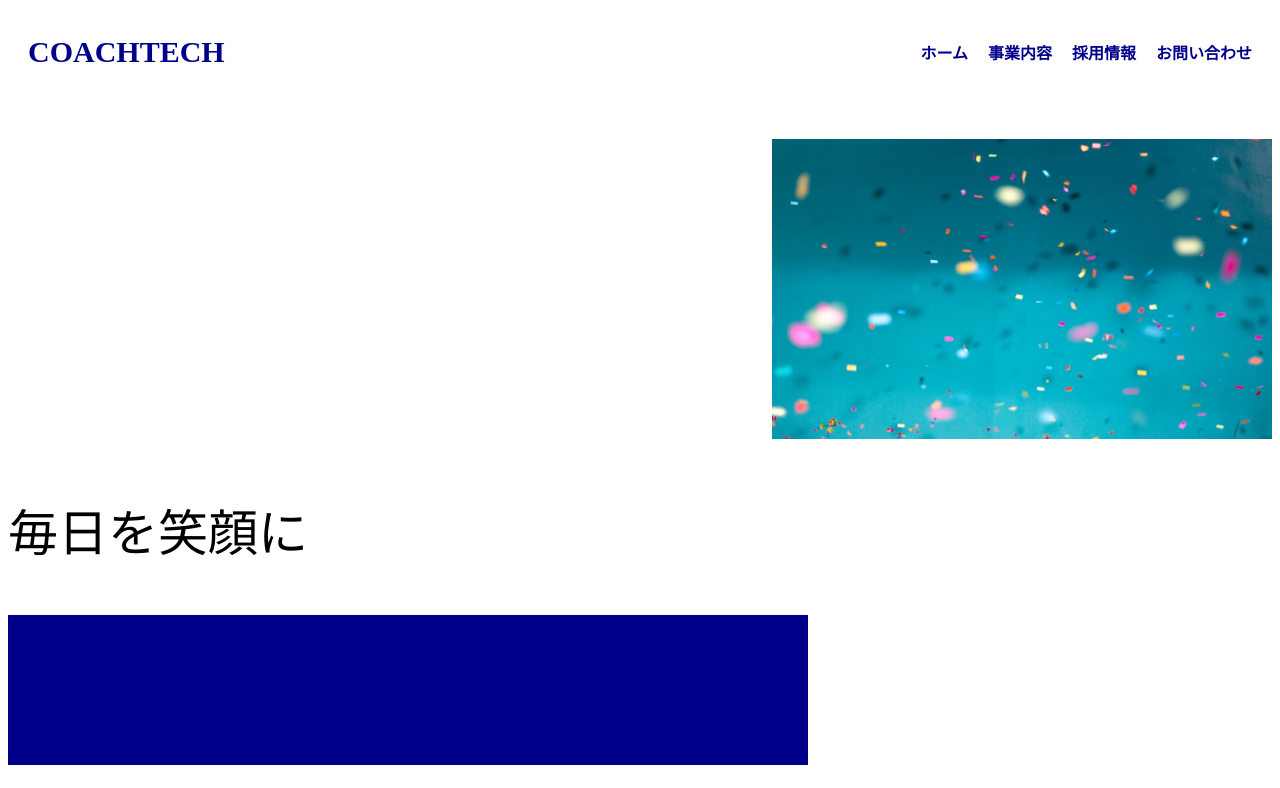
Repository: moro-ayu3/20230213_morohoshi
Page: index.html
These files come from the project's save history. The page is drawn as it stood at one moment and after a run of saves; the edit follows.
The browser window is 1280 px wide. The pictures show the whole page.

Above is the page before, as saved 2023-02-14 21:53:06.

After the next 2 saves:
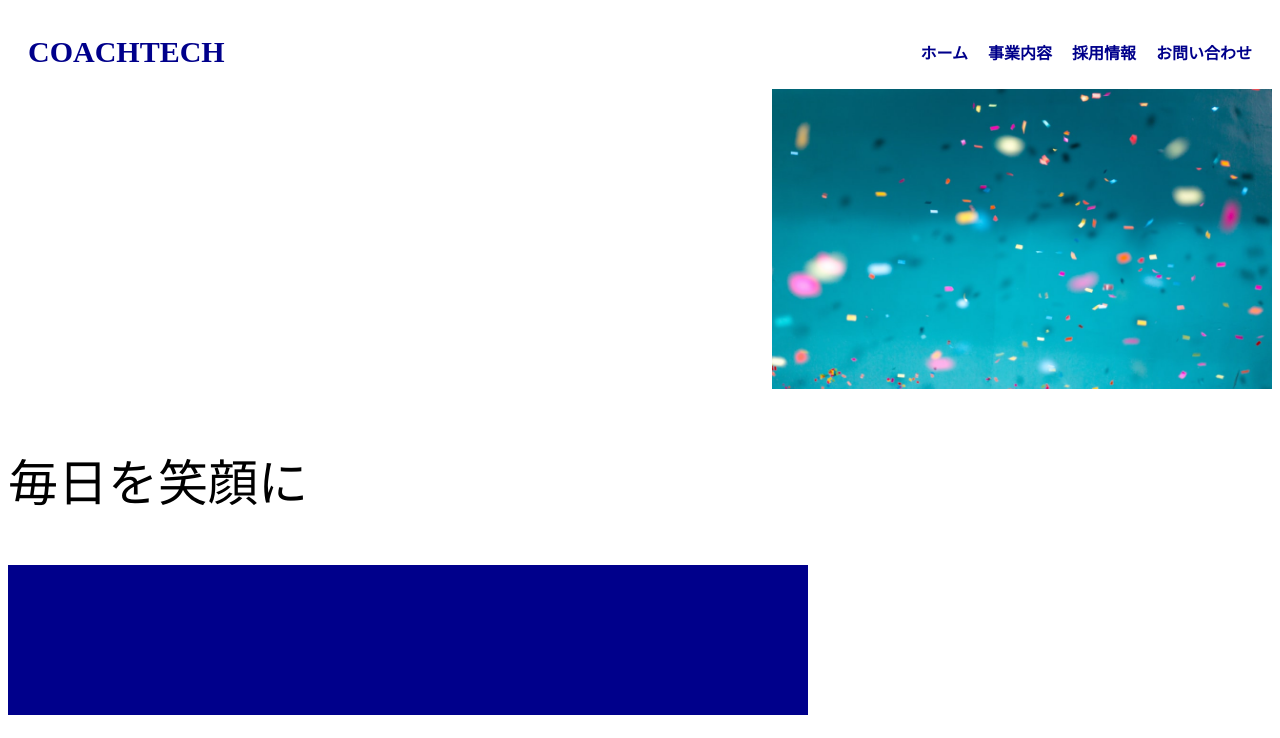
The 2 saves are shown as one change because they came seconds apart.
The last was saved 11 h 6 min later.
--- a/style.css
+++ b/style.css
@@ -27,7 +27,7 @@
 
 .relative-img {
   width: 100%;
-  height: 100%;
+  height: 100%
   margin-top: 50px;
   text-align: right;
   z-index: 10;

After the save that followed:
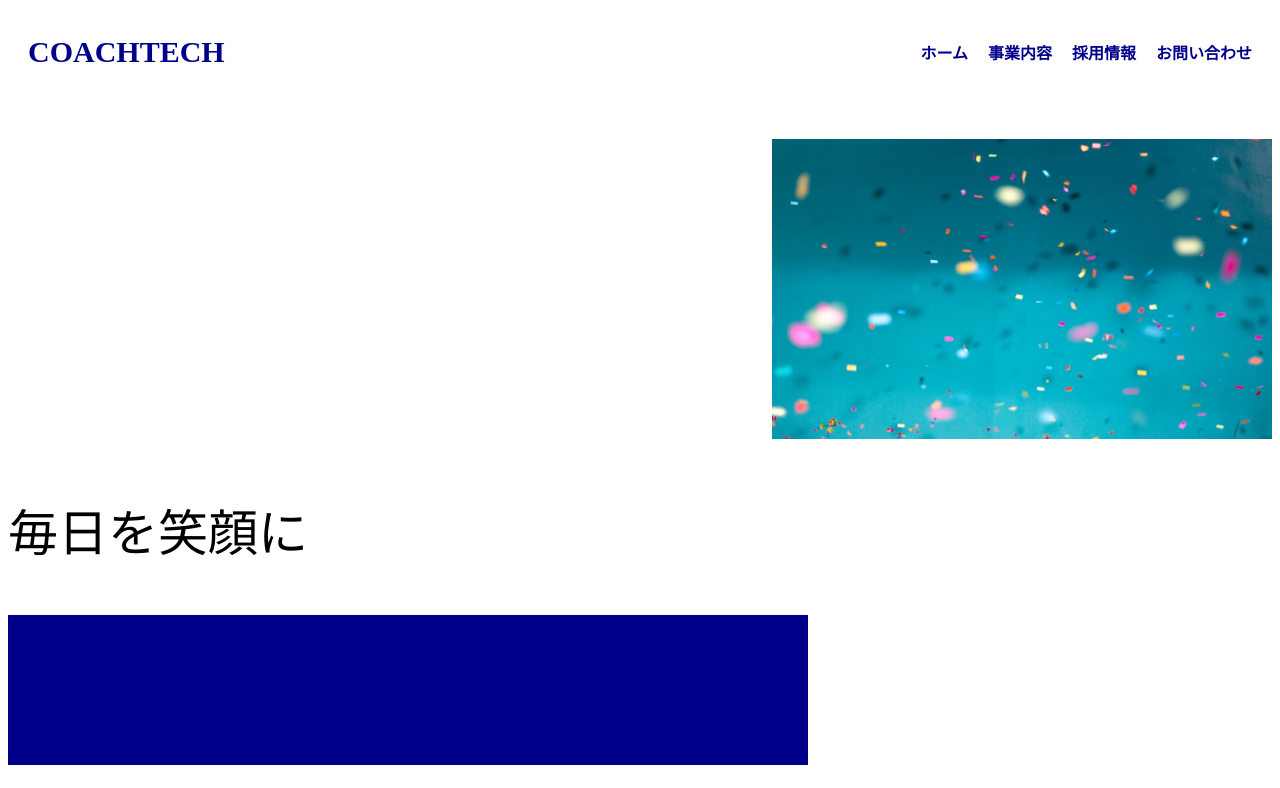
Saved 19 s later.
--- a/style.css
+++ b/style.css
@@ -27,7 +27,6 @@
 
 .relative-img {
   width: 100%;
-  height: 100%
   margin-top: 50px;
   text-align: right;
   z-index: 10;
